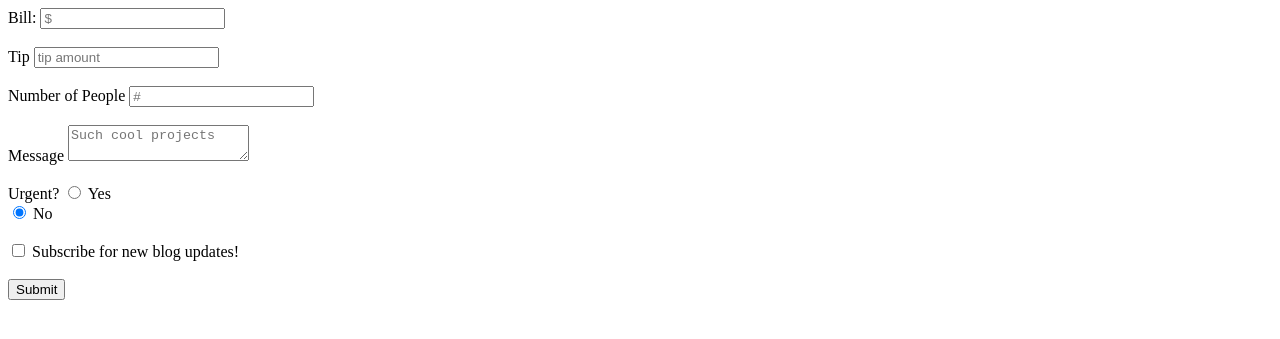
Repository: SamirIngley/Tip-Calculator
Page: calc_display.html
An editor plug-in stored every save of this project. The page is shown before and after the next save, followed by the edit.
The browser window is 1280 px wide. The pictures show the whole page.

Above is the page before, as saved 2020-02-11 16:20:28.
Console error: ReferenceError: inputBill is not defined

After the next save:
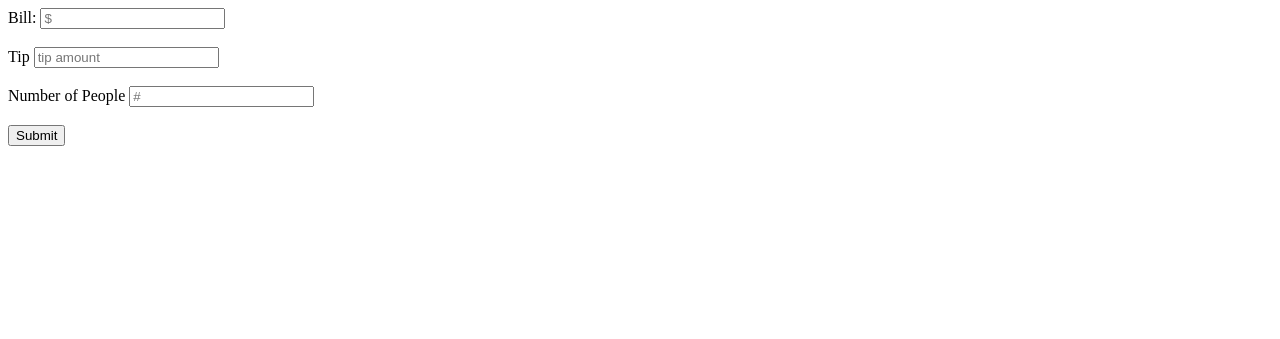
Saved 14 min 44 s later.
--- a/calc_display.html
+++ b/calc_display.html
@@ -24,33 +24,6 @@
             <div>
                 <label>Number of People</label>
                 <input id='numppl' type="number" name="numppl" placeholder="#">
-            </div>
-            <br>
-            <div>
-                <label>Message</label>
-                <textarea name="message" placeholder="Such cool projects"></textarea>
-            </div>
-            <br>
-            <div>
-
-                    Urgent?
-
-                <label>
-                    <input type="radio" name="urgent" value="true">
-                    Yes
-                    </label><br>
-
-                    <label>
-                            <input type="radio" name="urgent" value="false" checked>
-                            No<br>
-                    </label>
-
-            </div>
-            <br>
-            <div>
-                <label>
-                    <input type="checkbox" name="Subscribe for updates" value="subscribe"> Subscribe for new blog updates!<br>
-                </label>
             </div>
             <br>
             <div>
